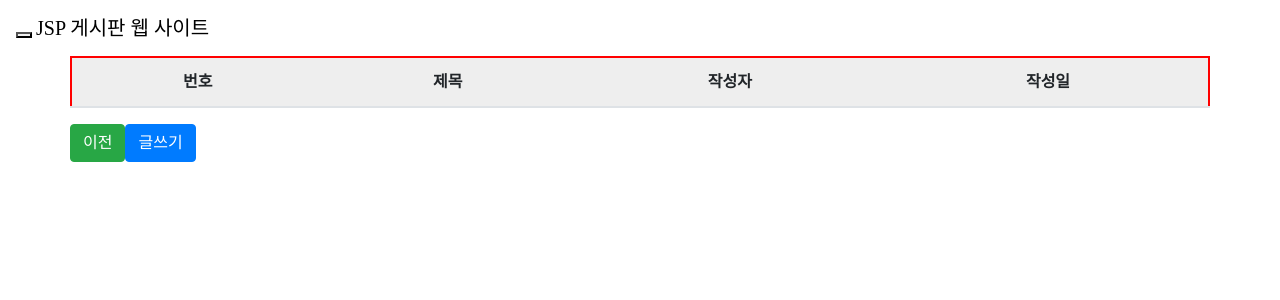
Repository: hz6450/2024-summer-jsp-notice-project
Page: http://localhost/BBS/BBS.jsp?pageNumber=0
An editor plug-in stored every save of this project. The page is shown before and after the next save, followed by the edit.
The browser window is 1280 px wide. The pictures show the whole page.
Some web fonts or font styles are not loaded; a fallback is used. Some web libraries are served in a nearby version. The page is served by Tomcat 10. Queries for data that is not in the repository find no rows.

Above is the page before, as saved 2024-07-12 07:48:32.

After the next save:
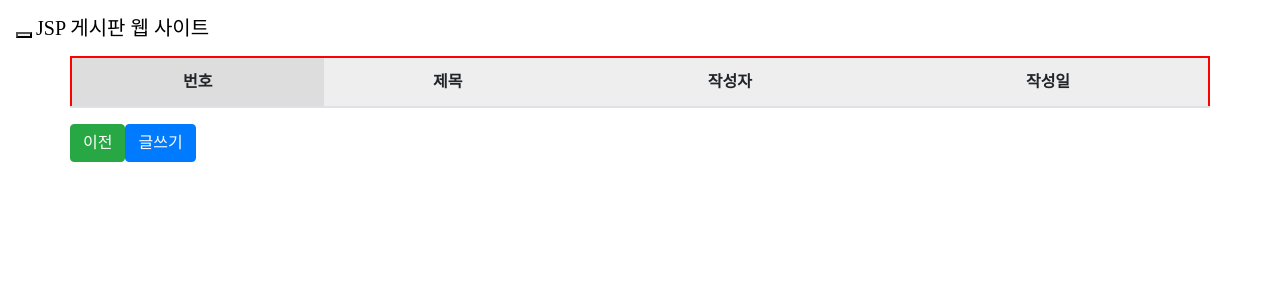
Saved 2 min 32 s later.
--- a/projects/BBS/src/main/webapp/BBS.jsp
+++ b/projects/BBS/src/main/webapp/BBS.jsp
@@ -55,7 +55,7 @@
 						style="text-align: center; border: 1px solid #dddddd;">
 						<thead>
 							<tr>
-								<th style="background-color: #eeeeee; text-align: center;">번호</th>
+								<th style="background-color: #dddddd; text-align: center;">번호</th>
 								<th style="background-color: #eeeeee; text-align: center;">제목</th>
 								<th style="background-color: #eeeeee; text-align: center;">작성자</th>
 								<th style="background-color: #eeeeee; text-align: center;">작성일</th>
